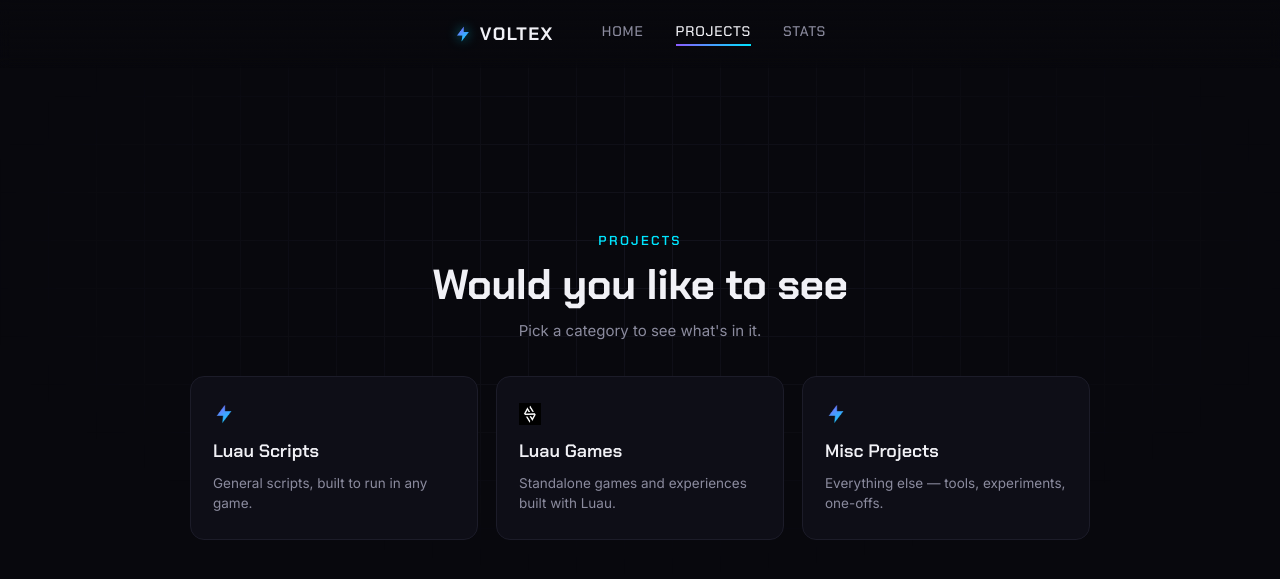
Repository: matpatz/Roblox
Page: src/frontend/projects.html
An editor plug-in stored every save of this project. The page is shown before and after the next save, followed by the edit.
The browser window is 1280 px wide. The pictures show the whole page.

Above is the page before, as saved 2026-07-24 01:52:10.

After the next save:
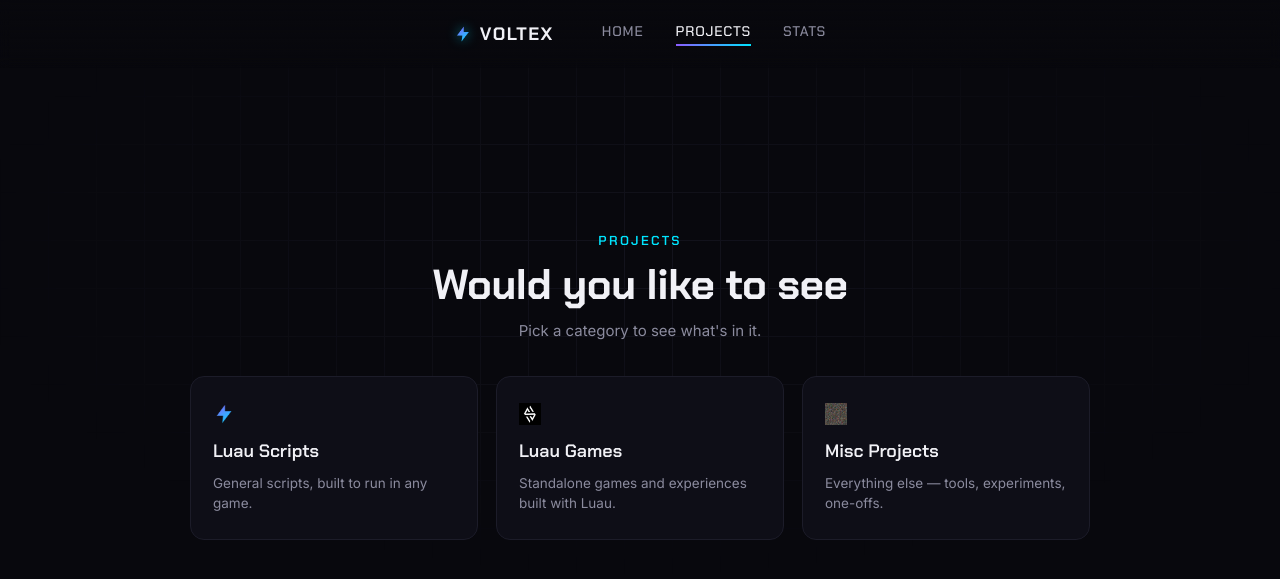
Saved 75 s later.
--- a/src/frontend/projects.html
+++ b/src/frontend/projects.html
@@ -46,7 +46,7 @@
       </a>
 
       <a class="option-card" href="/projects/misc">
-        <img src="/assets/bolt.png" alt="Misc" width="22" height="22">
+        <img src="/assets/misc.png" alt="Misc" width="22" height="22">
         <h2>Misc Projects</h2>
         <p>Everything else — tools, experiments, one-offs.</p>
       </a>
